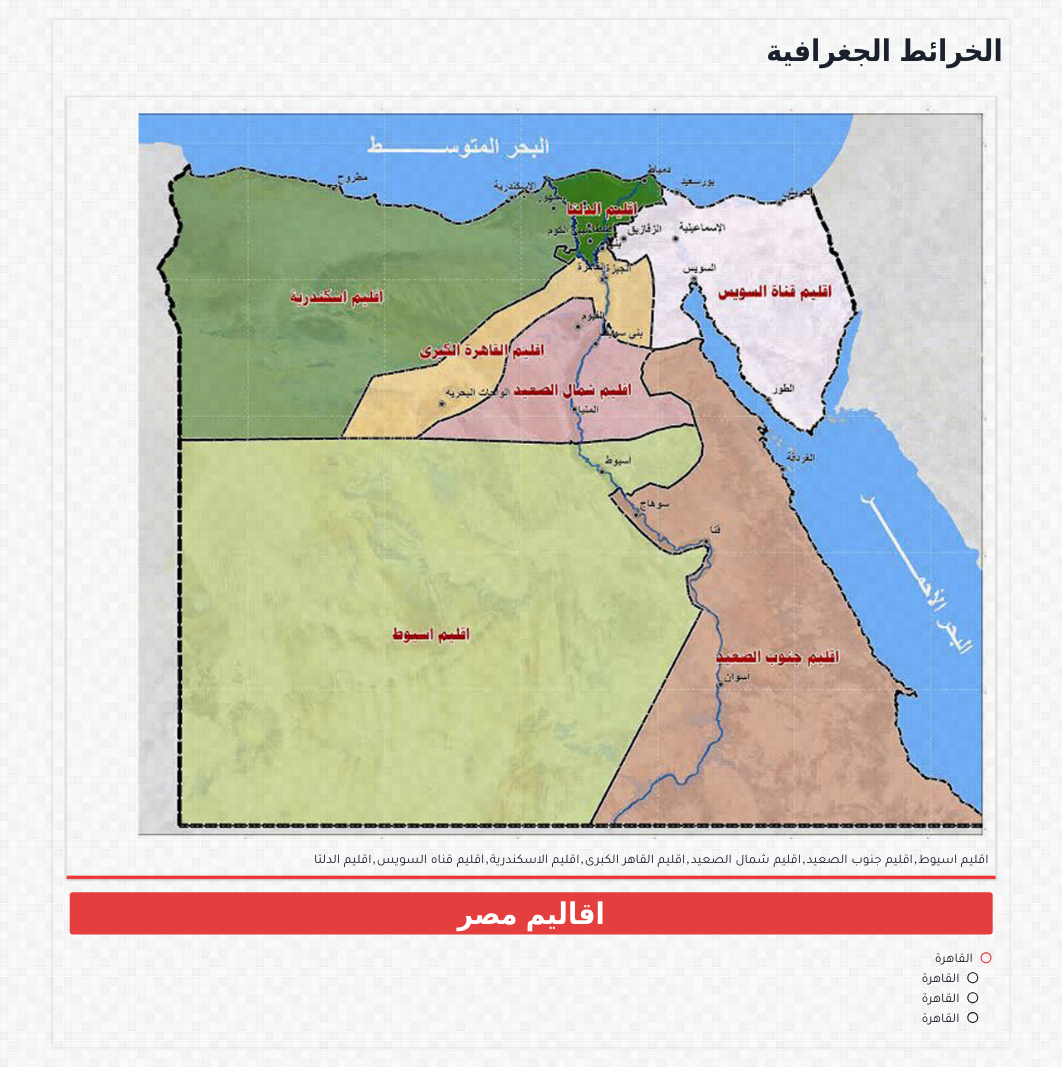
Repository: ahmed-mohamed-eng/egypt-gov-map
Page: /
An editor plug-in stored every save of this project. The page is shown before and after the next save, followed by the edit.
The browser window is 1280 px wide. The pictures show the whole page, at 83% of full size.
Some web fonts or font styles are not loaded; a fallback is used. The project was rebuilt for these pictures with package versions that can differ from the ones it lists, and the page was loaded fresh each time. The framework's server and built-in components were replaced by stand-ins that run in the browser. Also part of the build but not shown: next.config.js.

Above is the page before, as saved 2022-05-30 14:13:21.

### pages/_app.tsx
import "../styles/globals.css";

import type { AppProps } from "next/app";

import { ChakraProvider, extendTheme } from "@chakra-ui/react";

const theme = extendTheme({
  fonts: {
    heading: `Arial, Helvetica,"Aref Ruqaa" ,'Segoe UI', Tahoma, Geneva, Verdana, sans-serif`,
  },
});

function MyApp({ Component, pageProps }: AppProps) {
  return (
    <ChakraProvider theme={theme}>
      <Component {...pageProps} />
    </ChakraProvider>
  );
}

export default MyApp;

### pages/_document.tsx
import Document, {
  Html,
  Head,
  Main,
  NextScript,
  DocumentContext,
} from "next/document";

class MyDocument extends Document {
  static async getInitialProps(ctx: DocumentContext) {
    const initialProps = await Document.getInitialProps(ctx);
    return { ...initialProps };
  }

  render() {
    return (
      <Html dir="rtl" lang="ar">
        <Head />
        <body>
          <Main />
          <NextScript />
        </body>
      </Html>
    );
  }
}

export default MyDocument;

### pages/index.tsx
import type { NextPage } from "next";

// Custom Components
import Header from "../components/Header";
import PageContainer from "../components/PageContainer";
import MainContentArea from "../components/MainContentArea";

const Home: NextPage = () => {
  return (
    <PageContainer>
      <Header headerTitle="الخرائط الجغرافية" />
      <MainContentArea />
    </PageContainer>
  );
};

export default Home;

### styles/globals.css
@import url("https://fonts.googleapis.com/css2?family=Amiri:ital,wght@0,700;1,400;1,700&family=Aref+Ruqaa:wght@400;700&family=Tajawal:wght@300;400;500;700;800;900&display=swap");

@tailwind base;
@tailwind components;
@tailwind utilities;

html,
body {
  padding: 0;
  margin: 0;
  font-family: -apple-system, BlinkMacSystemFont, Segoe UI, Roboto, Oxygen,
    Ubuntu, Cantarell, Fira Sans, Droid Sans, Helvetica Neue, sans-serif;
}

a {
  color: inherit;
  text-decoration: none;
}

* {
  box-sizing: border-box;
  font-family: Arial, Helvetica, "Tajawal", "Aref Ruqaa", "Segoe UI", Tahoma,
    Geneva, Verdana, sans-serif;
}

### components/Header/index.tsx
export { Header as default } from "./Header";

### components/PageContainer/index.tsx
export { PageContainer as default } from "./PageContainer";

### components/MainContentArea/index.tsx
export { MainContentArea as default } from "./MainContentArea";

### components/Header/Header.tsx
import { Divider, Flex, Heading, VStack } from "@chakra-ui/react";

export interface HeaderProps {
  headerTitle: string;
}

export const Header = (props: HeaderProps) => {
  return (
    <VStack
      as="header"
      w="full"
      justifyContent="center"
      alignItems="center"
      fontSize="1.5rem"
      fontFamily="arabic"
      flex="1"
    >
      <Heading w="full" textAlign="right" as="h1">
        {props.headerTitle}
      </Heading>
      <Flex w="full">
        <Divider orientation="horizontal" />
      </Flex>
    </VStack>
  );
};

### components/PageContainer/PageContainer.tsx
import { Center, Flex, VStack } from "@chakra-ui/react";

// import bgImage from "../../images/backgroundImage.png";

export const PageContainer = (props: any) => {
  return (
    <Flex backgroundImage={`url(../../images/backgroundImage.png)`}>
      <Center w="full" h="full" py="1.5rem">
        <VStack
          width={["90vw"]}
          minH="95vh"
          boxShadow="0 0 5px #CACACA"
          py="1rem"
          px="0.5rem"
          spacing="1rem"
        >
          {props.children}
        </VStack>
      </Center>
    </Flex>
  );
};

### components/MainContentArea/MainContentArea.tsx
import { VStack } from "@chakra-ui/react";

// Custom Components.
import MapArea from "./MapArea";
import QuickNavigationArea from "./QuickNavigationArea";

export const MainContentArea = () => {
  return (
    <VStack
      as="main"
      w="full"
      p="0.5rem"
      spacing="1rem"
      flex="14"
    >
      <MapArea />
      <QuickNavigationArea />
    </VStack>
  );
};

### components/MainContentArea/MapArea/index.tsx
export { MapArea as default } from "./MapArea";

### components/MainContentArea/QuickNavigationArea/index.tsx
export { QuickNavigationArea as default } from "./QuickNavigationArea";

### components/MainContentArea/MapArea/MapArea.tsx
import { VStack } from "@chakra-ui/react";

// Custom Components.
import MapImage from "./MapImage";
import MapInfoDisplayedLinks from "./MapInfoDisplayedLinks";

// Constants.
import provinces from "../../../constants/provinces";

export const MapArea = () => {
  return (
    <VStack
      borderWidth="thin"
      borderColor="red.500"
      boxShadow="0 1px 3px 0 #b5b5b5"
      border="1px solid #DDD"
      borderBottom="4px solid #ef3636"
      p="0.5rem"
      w="full"
      spacing="0.5rem"
    >
      <MapImage />
      <MapInfoDisplayedLinks
        breadcrumbItems={provinces}
      />
    </VStack>
  );
};

### components/MainContentArea/QuickNavigationArea/QuickNavigationArea.tsx
import { VStack, Heading } from "@chakra-ui/react";
import CitiesList from "./CitiesList";

export const QuickNavigationArea = () => {
  return (
    <VStack w="full" spacing="1rem" px="0.25rem">
      <Heading
        w="full"
        h="fit-content"
        borderRadius="0.25rem"
        color="white"
        bg="red.500"
        p="0.25rem"
        textAlign="center"
      >
        اقاليم مصر
      </Heading>
      <CitiesList
        list={[
          {
            provinceName: "القاهرة",
            url: "https://www.google.com",
            childItems: [
              {
                cityName: "القاهرة",
                url: "https://www.google.com/",
              },
              {
                cityName: "القاهرة",
                url: "https://www.google.com/",
              },
              {
                cityName: "القاهرة",
                url: "https://www.google.com/",
              },
            ],
          },
        ]}
      />
    </VStack>
  );
};

### components/MainContentArea/MapArea/MapImage/index.tsx
export { MapImage as default } from "./MapImage";

### components/MainContentArea/MapArea/MapInfoDisplayedLinks/index.tsx
export { MapInfoDisplayedLinks as default } from "./MapInfoDisplayedLinks";

### constants/provinces.ts
import { BreadcrumbElement } from "../components/MainContentArea/MapArea/MapInfoDisplayedLinks/MapInfoDisplayedLinks";

const provinces: Array<BreadcrumbElement> = [
  {
    text: "اقليم اسيوط",
    url: "#",
  },
  {
    text: "اقليم جنوب الصعيد",
    url: "#",
  },
  {
    text: "اقليم شمال الصعيد",
    url: "#",
  },
  {
    text: "اقليم القاهر الكبرى",
    url: "#",
  },
  {
    text: "اقليم الاسكندرية",
    url: "#",
  },
  {
    text: "اقليم قناه السويس",
    url: "#",
  },
  {
    text: "اقليم الدلتا",
    url: "#",
  },
];

export default provinces;

### components/MainContentArea/QuickNavigationArea/CitiesList/index.tsx
export { CitiesList as default } from "./CitiesList";

### components/MainContentArea/MapArea/MapImage/MapImage.tsx
import React from "react";

import { Flex, Image } from "@chakra-ui/react";

// Images Sources.
import mapImage from "../../../../images/Egypt_Provinces.jpg";

export const MapImage = () => {
  return (
    <Flex w="full">
      <Image mixBlendMode="multiply" src={mapImage.src} alt="Egypt Province Map" />
    </Flex>
  );
};

### components/MainContentArea/MapArea/MapInfoDisplayedLinks/MapInfoDisplayedLinks.tsx
import { v4 as uuidV4 } from "uuid";

import { Breadcrumb, BreadcrumbItem, BreadcrumbLink } from "@chakra-ui/react";

export type BreadcrumbElement = {
  url: string;
  text: string;
};

export interface MapInfoDisplayedLinksProps {
  breadcrumbItems: Array<BreadcrumbElement>;
}

export const MapInfoDisplayedLinks = (props: MapInfoDisplayedLinksProps) => {
  const breadcrumbItems = props.breadcrumbItems.map((item) => {
    return (
      <BreadcrumbItem key={uuidV4()}>
        <BreadcrumbLink
          maxW="fit-content"
          _hover={{
            textDecoration: "none",
            fontWeight: "600",
          }}
          href={item.url}
        >
          {item.text}
        </BreadcrumbLink>
      </BreadcrumbItem>
    );
  });

  return (
    <Breadcrumb spacing="1px" separator="," w="full">
      {breadcrumbItems}
    </Breadcrumb>
  );
};

### components/MainContentArea/QuickNavigationArea/CitiesList/CitiesList.tsx
import { v4 as uuidV4 } from "uuid";

import { List, ListItem, ListIcon } from "@chakra-ui/react";

import { BiCircle } from "react-icons/bi";

export type city = {
  cityName: string;
  url: string;
};

export type province = {
  provinceName: string;
  url: string;
  childItems: Array<city>;
};

export interface CitiesListProps {
  list: Array<province>;
}

export const CitiesList = (props: CitiesListProps) => {
  const items = props.list.map((item, parentIndex) => {
    return (
      <List key={uuidV4()}>
        <ListItem as="a" href={item.url}>
          <ListIcon as={BiCircle} color="red.500" fill="red.500" />
          {item.provinceName}
        </ListItem>
        {item.childItems.map((childItem) => {
          return (
            <List key={uuidV4()} pr={`${parentIndex + 1}rem`}>
              <ListItem as="a" href={childItem.url}>
                <ListIcon as={BiCircle} />
                {childItem.cityName}
              </ListItem>
            </List>
          );
        })}
      </List>
    );
  });
  return <List w="full">{items}</List>;
};

### components/MainContentArea/SearchBox/index.tsx
export { SearchBox as default } from "./SearchBox";

### components/MainContentArea/SearchBox/SearchBox.tsx
import { Input } from "@chakra-ui/react";

export interface SearchBoxProps {
  placeholderTxt: string;
}

export const SearchBox = (props: SearchBoxProps) => {
  return (
    <Input
      w="full"
      borderColor="#F1F1F1"
      borderTopColor="#DDD"
      borderBottomColor="#DDD"
      borderRadius="3px"
      placeholder={props.placeholderTxt}
    />
  );
};

Loaded but not shown: tailwind.config.js (common file)

After the next save:
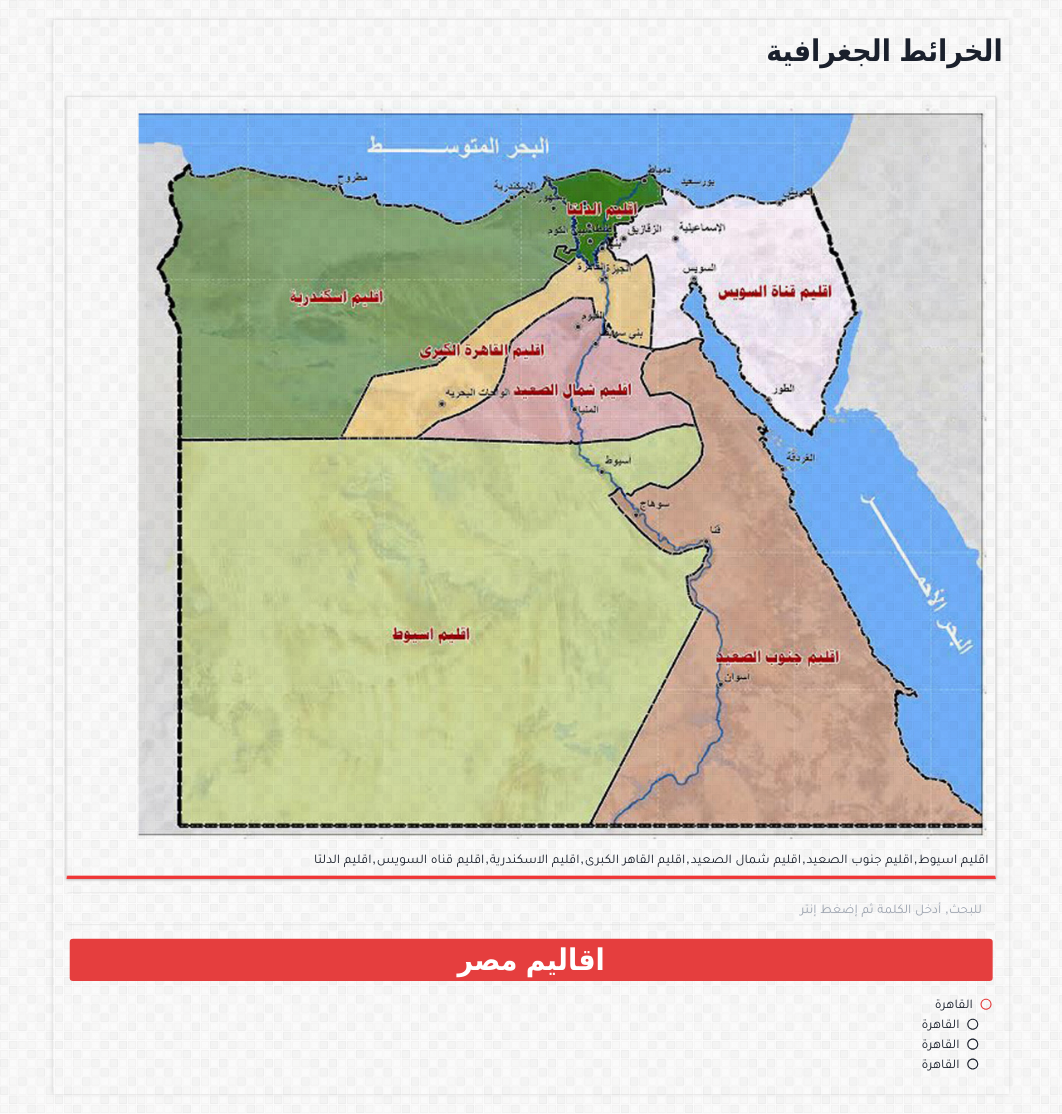
Saved 34 s later.
--- a/components/MainContentArea/MainContentArea.tsx
+++ b/components/MainContentArea/MainContentArea.tsx
@@ -2,6 +2,7 @@ import { VStack } from "@chakra-ui/react";
 
 // Custom Components.
 import MapArea from "./MapArea";
+import SearchBox from "./SearchBox";
 import QuickNavigationArea from "./QuickNavigationArea";
 
 export const MainContentArea = () => {
@@ -14,6 +15,7 @@ export const MainContentArea = () => {
       flex="14"
     >
       <MapArea />
+      <SearchBox placeholderTxt="للبحث, أدخل الكلمة ثم إضغط إنتر" />
       <QuickNavigationArea />
     </VStack>
   );
